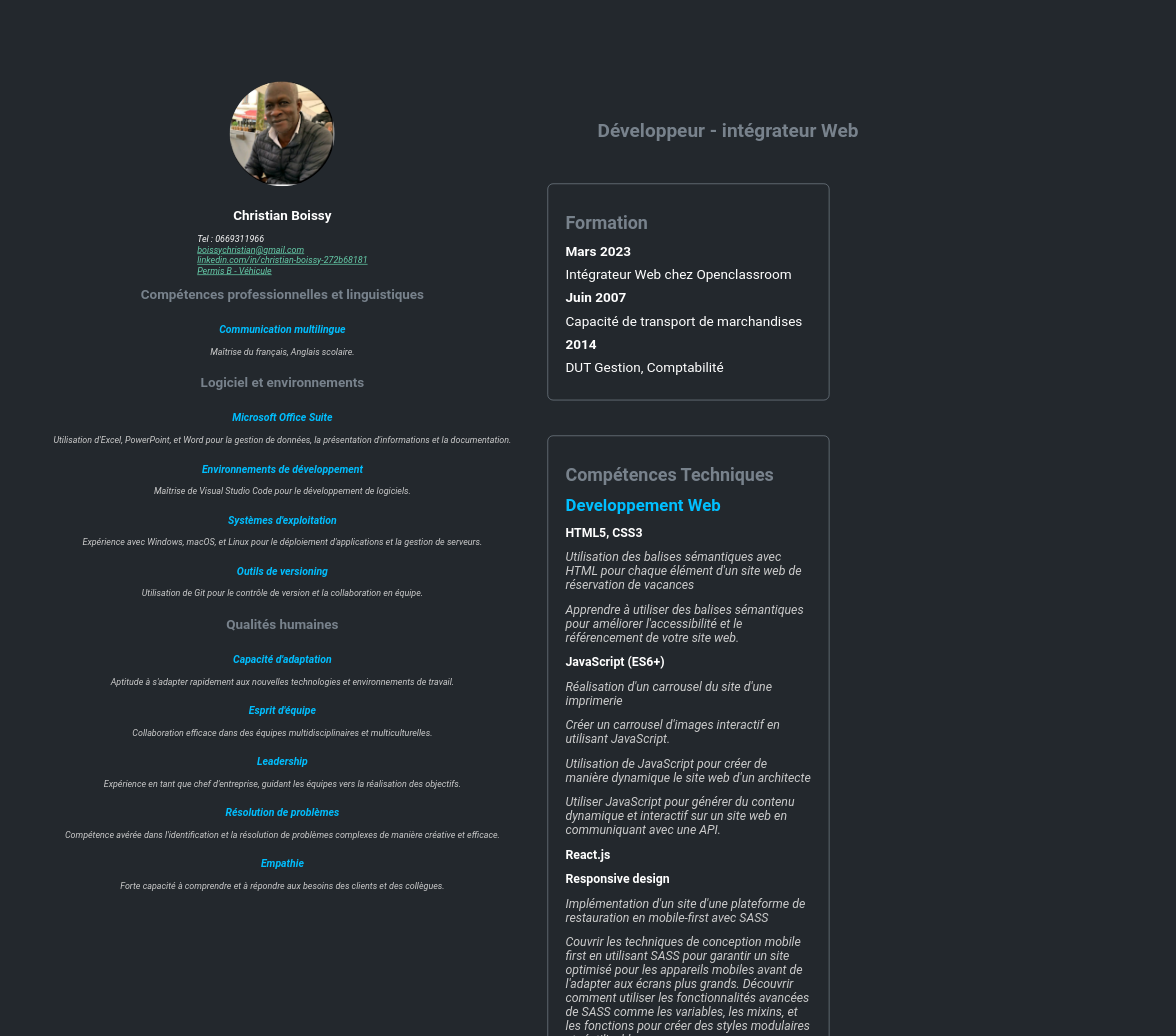
Repository: Christian121966/cv-logistique
Page: /
An editor plug-in stored every save of this project. The page is shown before and after the next save, followed by the edit.
The browser window is 1280 px wide. The page is 1680 px wide, so the pictures cover 1680 px, including what lies to the right of the window. The pictures show the part of the page from y = 0 to 1480 px (the page is 2835 px tall before and 7311 px after), at 70% of full size.
The project was rebuilt for these pictures with package versions that can differ from the ones it lists, and the page was loaded fresh each time.

Above is the page before, as saved 2024-07-29 01:23:40.

### public/index.html
<!DOCTYPE html>
<html lang="en">
  <head>
    <meta charset="utf-8" />
    <link rel="icon" href="%PUBLIC_URL%/favicon.ico" />
    <meta name="viewport" content="width=device-width, initial-scale=1" />
    <meta name="theme-color" content="#000000" />
    <meta name="description" content="Curriculum Vitae de Christian Boissy, développeur web front-end" />
    <meta name="keywords" content="Christian Boissy, CV, développeur front-end, React, Node.js, JavaScript" />
    <meta name="author" content="Christian Boissy" />

    <!-- Open Graph Meta Tags -->
    <meta property="og:title" content="CV de Christian Boissy" />
    <meta property="og:description" content="Curriculum Vitae de Christian Boissy, développeur web front-end" />
    <meta property="og:image" content="%PUBLIC_URL%/logo192.png" />
    <meta property="og:url" content="https://christian121966.github.io/cv-christian-boissy/" />
    <meta property="og:type" content="website" />

    <!-- Twitter Card Meta Tags -->
    <meta name="twitter:card" content="summary_large_image" />
    <meta name="twitter:title" content="CV de Christian Boissy" />
    <meta name="twitter:description" content="Curriculum Vitae de Christian Boissy, développeur web front-end" />
    <meta name="twitter:image" content="%PUBLIC_URL%/logo192.png" />

    <link rel="apple-touch-icon" href="%PUBLIC_URL%/logo192.png" />
    <link rel="manifest" href="%PUBLIC_URL%/manifest.json" />
    <title>CV-CHRISTIAN-BOISSY</title>

    <!-- Google Analytics -->
    <script async src="https://www.googletagmanager.com/gtag/js?id=G-K4EJ3NRTQS"></script>
    <script>
      window.dataLayer = window.dataLayer || [];
      function gtag(){dataLayer.push(arguments);}
      gtag('js', new Date());
      gtag('config', 'G-K4EJ3NRTQS');
    </script>
  </head>
  <body>
    <noscript>You need to enable JavaScript to run this app.</noscript>
    <div id="root"></div>
    <!--
      This HTML file is a template.
      If you open it directly in the browser, you will see an empty page.

      You can add webfonts, meta tags, or analytics to this file.
      The build step will place the bundled scripts into the <body> tag.

      To begin the development, run `npm start` or `yarn start`.
      To create a production bundle, use `npm run build` or `yarn build`.
    -->
  </body>
</html>

### src/index.js
import React from 'react';
import ReactDOM from 'react-dom/client';
import './index.css';
import App from './App';
import ReactGA from 'react-ga4';

ReactGA.initialize('G-K4EJ3NRTQS', {
  cookieFlags: 'SameSite=None; Secure'
});

ReactGA.send('pageview');

const root = ReactDOM.createRoot(document.getElementById('root'));
root.render(
  <React.StrictMode>
    <App />
  </React.StrictMode>
);

### src/App.js
import React from 'react';
import './App.css';
import Footer from './components/Footer';
import Section from './components/Section';
import Sidebar from './components/Sidebar';
import Formation from './components/Formation';
import CompetencesTechniques from './components/CompetencesTechniques';
import ExperiencesProfessionnelles from './components/ExperiencesProfessionnelles';

function App() {
  return (
    <div className="App">
      <header className="cv-title">
        <h1>Développeur - intégrateur Web</h1>
      </header>
      <div className="container">
        <Sidebar />
        <main>
          <div className="card">
            <Section title="Formation">
              <Formation />
            </Section>
          </div>
          <div className="card">
            <Section title="Compétences Techniques">
              <CompetencesTechniques />
            </Section>
          </div>
          <div className="card">
            <Section title="Expériences Professionnelles">
              <ExperiencesProfessionnelles />
            </Section>
          </div>
        </main>
      </div>
      <Footer />
    </div>
  );
}

export default App;

### src/App.css
@charset "UTF-8";
/* Variables de couleurs */
/* Mixins */
*,
*::before,
*::after {
  box-sizing: border-box;
  margin: 0;
  padding: 0;
}

body {
  background-color: rgb(35, 40, 45);
  color: rgb(255, 255, 255);
  font-family: "Roboto", sans-serif;
  padding: 0;
  margin: 0;
  overflow-x: hidden;
  overflow-y: auto;
}
body header.cv-title {
  display: flex;
  justify-content: center;
  position: relative;
  top: 185px;
  left: 0;
  margin-bottom: 2px;
}
body header.cv-title h1 {
  color: rgb(120, 130, 140);
  font-size: 1em;
}
body .container {
  display: flex;
  flex-direction: column;
  padding: 10px;
}
body .container .container {
  display: flex;
  flex-direction: column;
  padding: 10px;
}
body .container .sidebar {
  width: 100%;
  font-size: 0.8em;
  display: flex;
  flex-direction: column;
  justify-content: center;
  align-items: center;
  padding: 2px;
}
body .container .sidebar h2 {
  font-size: 1.5em;
  text-align: center;
  margin: 15px 0 15px 0;
  color: rgb(120, 130, 140);
}
body .container .sidebar .profile-photo {
  width: 150px;
  height: 150px;
  border-radius: 50%;
  margin-bottom: 30px;
  cursor: pointer;
  transition: width 0.3s ease, height 0.3s ease;
}
body .container .sidebar .profile-photo:hover {
  width: 360px;
  height: 360px;
  border-radius: 50%;
  margin-bottom: 30px;
}
body .container .sidebar address {
  margin-top: 15px;
}
body .container .sidebar address a {
  color: mediumaquamarine;
}
body .container .sidebar ul {
  list-style-type: none;
  text-align: center;
}
body .container .sidebar ul h3 {
  margin: 15px 0 15px 0;
  color: deepskyblue;
}
body .container .sidebar ul li {
  display: flex;
  flex-direction: column;
  margin-bottom: 10px;
  overflow-y: auto;
}
body .container .sidebar ul li li > span {
  display: block; /* Assurez-vous que span est affiché comme bloc */
  text-align: center; /* Exemple de centrage de span */
  color: #777; /* Exemple de couleur de texte */
}
body main {
  margin: 0;
}
body section h2 {
  font-size: 1.2em;
  margin: 15px 0 15px 0;
}
body .card {
  margin: 5px;
  padding: 10px;
  background: rgb(35, 40, 45);
  border: 1px solid rgb(120, 130, 140);
  border-radius: 8px;
}
body .card div, body .card ul {
  font-size: 0.9em;
  list-style-type: none;
  margin-bottom: 10px;
}
body .card h2 {
  color: rgb(120, 130, 140);
}
body .card h3 {
  font-size: 1.1em;
  margin: 15px 0 15px 0;
  color: deepskyblue;
}
body li {
  margin-bottom: 15px;
  font-style: italic;
  color: #ccc;
}
body .li_title {
  font-weight: bold;
  font-style: normal;
  color: #fff;
}
body p {
  font-size: 1em;
}
body footer p {
  font-size: 0.6em;
  display: flex;
  justify-content: center;
  text-align: center;
}

/* Pour les écrans de 320px à 425px */
@media screen and (max-width: 425px) {
  body header.cv-title {
    position: relative;
    top: 190px;
    left: 0;
    margin-bottom: 2px;
    text-align: center;
  }
  body header.cv-title h1 {
    color: rgb(120, 130, 140);
    font-size: 1.2em;
  }
  body .container {
    display: flex;
    flex-direction: column;
    padding: 10px;
  }
  body .sidebar {
    width: 100%;
    font-size: 0.8em;
    display: flex;
    flex-direction: column;
    justify-content: center;
    align-items: center;
    padding: 2px;
  }
  body .sidebar h2 {
    font-size: 1.1em;
    text-align: center;
    margin: 15px 0;
    color: rgb(120, 130, 140);
  }
  body .sidebar .profile-photo {
    width: 150px;
    height: 150px;
    border-radius: 50%;
    margin-bottom: 30px;
  }
  body .sidebar address {
    margin-top: 0;
  }
  body .sidebar address a {
    color: mediumaquamarine;
  }
  body .sidebar ul {
    list-style-type: none;
  }
  body .sidebar ul h3 {
    margin: 15px 0;
    color: deepskyblue;
    text-align: center;
  }
  body .sidebar ul li {
    margin-bottom: 10px;
    text-align: center;
  }
  body .sidebar ul li span {
    display: block;
    color: #ccc;
  }
  body main {
    margin: 0;
    padding: 15px;
  }
  body section h2 {
    font-size: 1.3em;
    margin: 15px 0;
  }
  body .card {
    margin: 10px;
    padding: 12px;
    background: rgb(35, 40, 45);
    border: 1px solid rgb(120, 130, 140);
    border-radius: 8px;
  }
  body .card .formation-date {
    color: #fff;
    font-style: normal;
    font-size: 1.2em;
  }
  body .card div, body .card ul {
    font-size: 0.9em;
    list-style-type: none;
    color: #ccc;
    font-style: italic;
  }
  body .card h3 {
    font-size: 1.2em;
    margin: 15px 0;
    color: deepskyblue;
  }
  body p {
    font-size: 1em;
  }
  body footer p {
    font-size: 0.8em;
    display: flex;
    justify-content: center;
    text-align: center;
    margin: 10px;
  }
}
/* Pour les écrans de 768px et plus */
@media screen and (min-width: 768px) {
  body header.cv-title {
    top: 140px;
    left: 260px;
    margin-bottom: 20px;
  }
  body header.cv-title h1 {
    font-size: 1.5em;
  }
  body .container {
    display: flex;
    flex-direction: row;
    padding: 25px;
    justify-content: center;
    align-items: flex-start;
    max-width: 1200px;
    margin: 0 auto;
  }
  body .sidebar {
    width: 35%;
    font-size: 1.1em;
    padding: 15px;
    display: flex;
    flex-direction: column;
    justify-content: flex-start;
    align-items: center;
    height: 170vh;
    margin-right: 20px;
  }
  body .sidebar .profile-photo {
    width: 180px;
    height: 180px;
  }
  body .sidebar h2 {
    font-size: 1.3em;
  }
  body main {
    width: 65%;
    padding: 0 25px;
    display: flex;
    flex-direction: column;
    margin-top: 150px;
  }
  body section h2 {
    font-size: 1.5em;
  }
  body .card {
    margin: 20px 0;
    padding: 20px;
    background: rgb(35, 40, 45);
    border: 1px solid rgb(120, 130, 140);
    border-radius: 8px;
  }
  body .card div, body .card ul {
    font-size: 0.9em;
  }
  body .card h3 {
    font-size: 1.4em;
  }
  body p {
    font-size: 0.9em;
  }
  footer {
    display: flex;
    justify-content: center;
    align-items: center;
    margin-top: 20px;
  }
  footer p {
    font-size: 0.8em;
  }
}
/* Pour les écrans de 1024px et plus */
@media screen and (min-width: 1024px) {
  body header.cv-title {
    top: 170px;
    left: 400px;
    margin-bottom: 25px;
    overflow-y: hidden;
    overflow-x: hidden;
  }
  body header.cv-title h1 {
    font-size: 1.7em;
  }
  body .container {
    padding: 30px;
  }
  body .sidebar {
    width: 35%;
    font-size: 1.2em;
    padding: 20px;
  }
  body .sidebar .profile-photo {
    width: 190px;
    height: 190px;
  }
  body .sidebar h2 {
    font-size: 1.4em;
  }
  body section h2 {
    font-size: 1.6em;
  }
  body .card {
    margin: 25px 0;
    padding: 25px;
  }
  body .card div, body .card ul {
    font-size: 1.1em;
  }
  body .card h3 {
    font-size: 1.5em;
  }
  body p {
    font-size: 1em;
  }
}/*# sourceMappingURL=App_20240729012340.css.map */

### src/components/Footer.js
import React from 'react';

const Footer = () => {
  return (
    <footer>
      <p>© 2024 Christian Boissy. Tous droits réservés.</p>
    </footer>
  );
};

export default Footer;

### src/components/Section.js
import React from 'react';

const Section = ({ title, children }) => {
  return (
    <section>
      <h2>{title}</h2>
      {children}
    </section>
  );
};

export default Section;

### src/components/Sidebar.js
import React from 'react';
import ReactGA from 'react-ga4';

function handleEmailClick() {
  ReactGA.event({
    category: 'User',
    action: 'Clicked on Email Link',
    label: 'Email'
  });
}

function handleLinkedInClick() {
  ReactGA.event({
    category: 'User',
    action: 'Clicked on LinkedIn Link',
    label: 'LinkedIn'
  });
}

const Sidebar = () => {
  return (
    <aside className="sidebar">
      <img src={`${process.env.PUBLIC_URL}/images/Chris.png`} alt="Chris" className="profile-photo" />
      <h1>Christian Boissy</h1>
      <address>
        Tel : 0669311966<br />
        <a href="mailto:boissychristian@gmail.com" onClick={handleEmailClick}>boissychristian@gmail.com</a><br />
        <a href="https://linkedin.com/in/christian-boissy-272b68181" target="_blank" rel="noopener noreferrer" onClick={handleLinkedInClick}>
          linkedin.com/in/christian-boissy-272b68181
          <p>Permis B - Véhicule</p>
        </a>
      </address>
      <h2>Compétences professionnelles et linguistiques</h2>
      <ul>
        <li>
          <h3>Communication multilingue</h3>
          <span>Maîtrise du français, Anglais scolaire.</span>
        </li>
      </ul>
      <h2>Logiciel et environnements</h2>
      <ul>
        <li>
          <h3>Microsoft Office Suite</h3>
          <span>Utilisation d'Excel, PowerPoint, et Word pour la gestion de données, la présentation d'informations et la documentation.</span>
        </li>
        <li>
          <h3>Environnements de développement</h3>
          <span>Maîtrise de Visual Studio Code pour le développement de logiciels.</span>
        </li>
        <li>
          <h3>Systèmes d'exploitation</h3>
          <span>Expérience avec Windows, macOS, et Linux pour le déploiement d'applications et la gestion de serveurs.</span>
        </li>
        <li>
          <h3>Outils de versioning</h3>
          <span>Utilisation de Git pour le contrôle de version et la collaboration en équipe.</span>
        </li>
      </ul>
      <h2>Qualités humaines</h2>
      <ul>
        <li>
          <h3>Capacité d'adaptation</h3>
          <span>Aptitude à s'adapter rapidement aux nouvelles technologies et environnements de travail.</span>
        </li>
        <li>
          <h3>Esprit d'équipe</h3>
          <span>Collaboration efficace dans des équipes multidisciplinaires et multiculturelles.</span>
        </li>
        <li>
          <h3>Leadership</h3>
          <span>Expérience en tant que chef d'entreprise, guidant les équipes vers la réalisation des objectifs.</span>
        </li>
        <li>
          <h3>Résolution de problèmes</h3>
          <span>Compétence avérée dans l'identification et la résolution de problèmes complexes de manière créative et efficace.</span>
        </li>
        <li>
          <h3>Empathie</h3>
          <span>Forte capacité à comprendre et à répondre aux besoins des clients et des collègues.</span>
        </li>
      </ul>
    </aside>
  );
};

export default Sidebar;

### src/components/Formation.js
import React from 'react';
import cvData from '../data/cvData';


function Formation() {
  return (
    <>
      {cvData.formation.map((item, index) => (
        <div key={index} className="formation-item">
          <div className="formation-date"><strong>{item.date}</strong></div>
          <div className="formation-title">{item.title}</div>
          {item.details && <div className="formation-details">{item.details}</div>}
        </div>
      ))}
    </>
  );
}

export default Formation;

### src/components/CompetencesTechniques.js
import React from 'react';
import cvData from '../data/cvData';

function CompetencesTechniques() {
  return (
    <>
      <h3>Developpement Web</h3>
      <ul>
        {cvData.competences.developpementWeb.map((item, index) => (
          <li key={index} className={item.title ? 'li_title' : ''}>
            {item.text}
          </li>
        ))}
      </ul>
      <h3>Logistique</h3>
      <ul>
        {cvData.competences.logistique.map((item, index) => (
          <li key={index} className={item.title ? 'li_title' : ''}>
            {item.text}
          </li>
        ))}
      </ul>
    </>
  );
}

export default CompetencesTechniques;

### src/components/ExperiencesProfessionnelles.js
import React from 'react';
import cvData from '../data/cvData';

function ExperiencesProfessionnelles() {
  // Vérifiez que cvData.experiences est défini et qu'il s'agit d'un tableau
  if (!cvData.experiences || !Array.isArray(cvData.experiences)) {
    return <div>Aucune expérience professionnelle disponible.</div>;
  }

  return (
    <div>
      {cvData.experiences.map((exp, index) => (
        <div key={index}>
          <h3>{exp.title}</h3>
          <p>{exp.date}</p>
          {exp.details && exp.details.map((detail, idx) => (
            typeof detail === 'string' ?
              <p key={idx}>{detail}</p> :
              <div key={idx}>
                <strong>{detail.highlight}</strong>
                {detail.list ? <ul>{detail.list.map((item, itemIdx) => <li key={itemIdx}>{item}</li>)}</ul> : <p>{detail.description}</p>}
              </div>
          ))}
          {/* Si exp.details n'est pas défini, affichez un message ou laissez vide */}
          {!exp.details && <p></p>}
        </div>
      ))}
    </div>
  );
}

export default ExperiencesProfessionnelles;

### src/data/cvData.js
const cvData = {
  formation: [
    {
      date: "Mars 2023",
      title: "Intégrateur Web chez Openclassroom",
    },
    {
      date: "Juin 2007",
      title: "Capacité de transport de marchandises",
    },
    {
      date: "2014",
      title: "DUT Gestion, Comptabilité"
    }
  ],
  competences: {
    developpementWeb: [
      { title: true, text: "HTML5, CSS3" },
      { title: false, text: "Utilisation des balises sémantiques avec HTML pour chaque élément d'un site web de réservation de vacances" },
      { title: false, text: "Apprendre à utiliser des balises sémantiques pour améliorer l'accessibilité et le référencement de votre site web." },
      { title: true, text: "JavaScript (ES6+)" },
      { title: false, text: "Réalisation d'un carrousel du site d'une imprimerie" },
      { title: false, text: "Créer un carrousel d'images interactif en utilisant JavaScript." },
      { title: false, text: "Utilisation de JavaScript pour créer de manière dynamique le site web d'un architecte" },
      { title: false, text: "Utiliser JavaScript pour générer du contenu dynamique et interactif sur un site web en communiquant avec une API." },
      { title: true, text: "React.js" },
      { title: true, text: "Responsive design" },
      { title: false, text: "Implémentation d'un site d'une plateforme de restauration en mobile-first avec SASS" },
      { title: false, text: "Couvrir les techniques de conception mobile first en utilisant SASS pour garantir un site optimisé pour les appareils mobiles avant de l'adapter aux écrans plus grands. Découvrir comment utiliser les fonctionnalités avancées de SASS comme les variables, les mixins, et les fonctions pour créer des styles modulaires et réutilisables." },
      { title: true, text: "Optimisation SEO" }
    ],
    logistique: [
      { title: true, text: "Capacité de transport de marchandises" },
      { title: false, text: "Gestion d'une société de transport de marchandises" },
      { title: false, text: "Gestion de personnel" },
      { title: false, text: "Gestion des stocks" },
      {title: true, text:"Communication" },
      { title: false, text:"Gestion des contacts" },
      { title: false, text:"Gestion du personnel" }
    ]
  },
  experiences: [
    {
      date: "Déc. 2021 - Juin 2022",
      title: "First Stop Sartrouville - Herblay",
      details: [
        { highlight: "Livraison de pneus en Ile de France, gestion des commandes et des stocks" },
      ]
    },
    {
      date: "2007 - 2021",
      title: "Gérant de société de transport - Paris",
      details: [
        { highlight: "Livraison de colis en partenariat avec Colisweb"},
        { highlight: "Livraison avec SVP"},
        { highlight: "Livraison avec CG Courses"}
      ]
    },
    {
      date: "1999 - 2007",
      title: "Cariste gestionnaire de stocks - Rougier Panneaux - Gennevilliers",
      details: [
        { highlight: "Chargement et déchargemement de colis de panneaux de bois"},
        { highlight: "Gestion du stock"},
        { highlight: "Préparation des commandes"}
      ]
    }
  ]
};

export default cvData;

Loaded but not shown: src/index.css (common file)

After the next save:
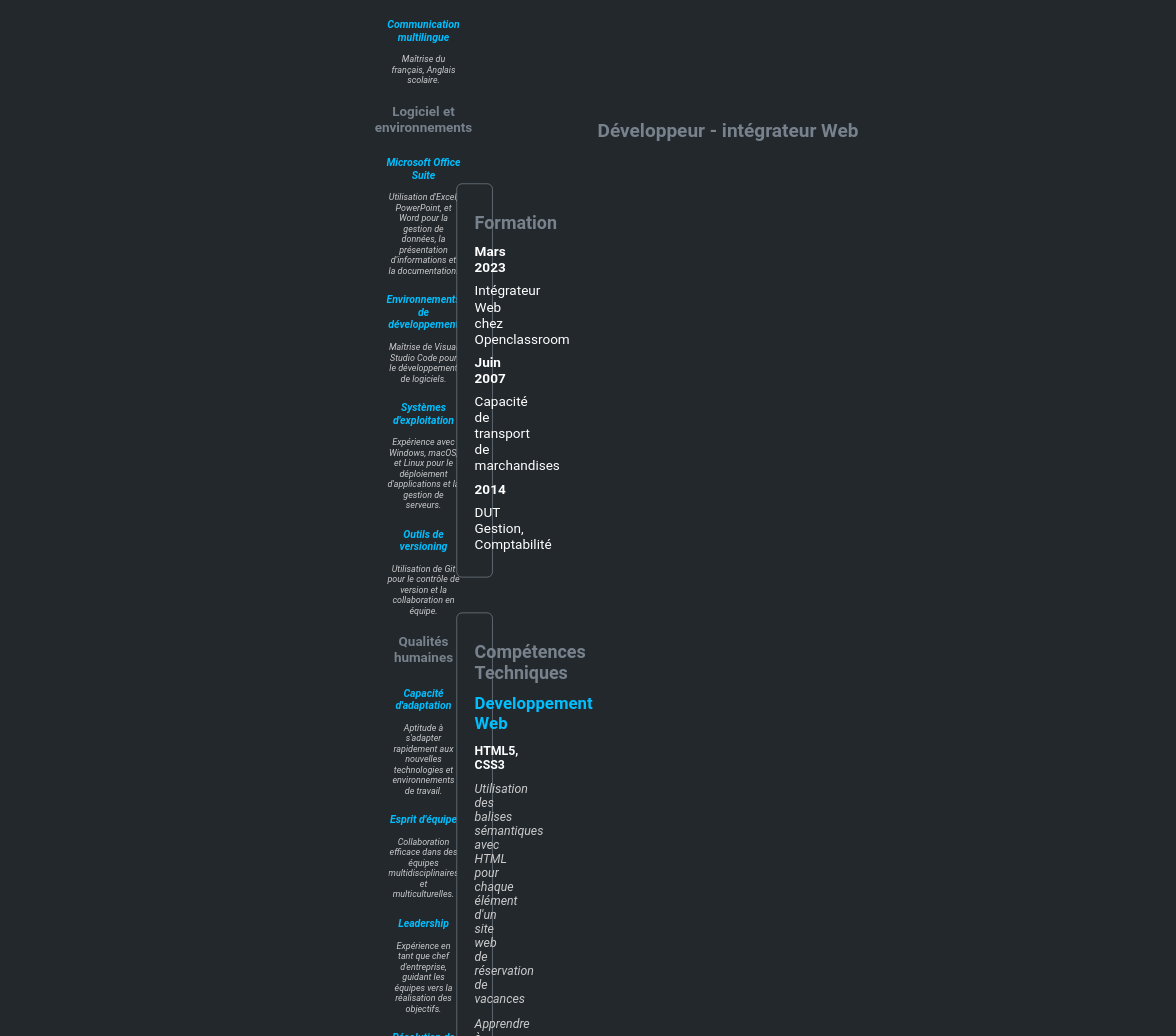
Saved 13 s later.
--- a/src/App.css
+++ b/src/App.css
@@ -260,7 +260,7 @@ body footer p {
     padding: 25px;
     justify-content: center;
     align-items: flex-start;
-    max-width: 1200px;
+    max-width: 10px;
     margin: 0 auto;
   }
   body .sidebar {
@@ -360,4 +360,4 @@ body footer p {
   body p {
     font-size: 1em;
   }
-}/*# sourceMappingURL=App_20240729012340.css.map */
+}/*# sourceMappingURL=App_20240729012353.css.map */
